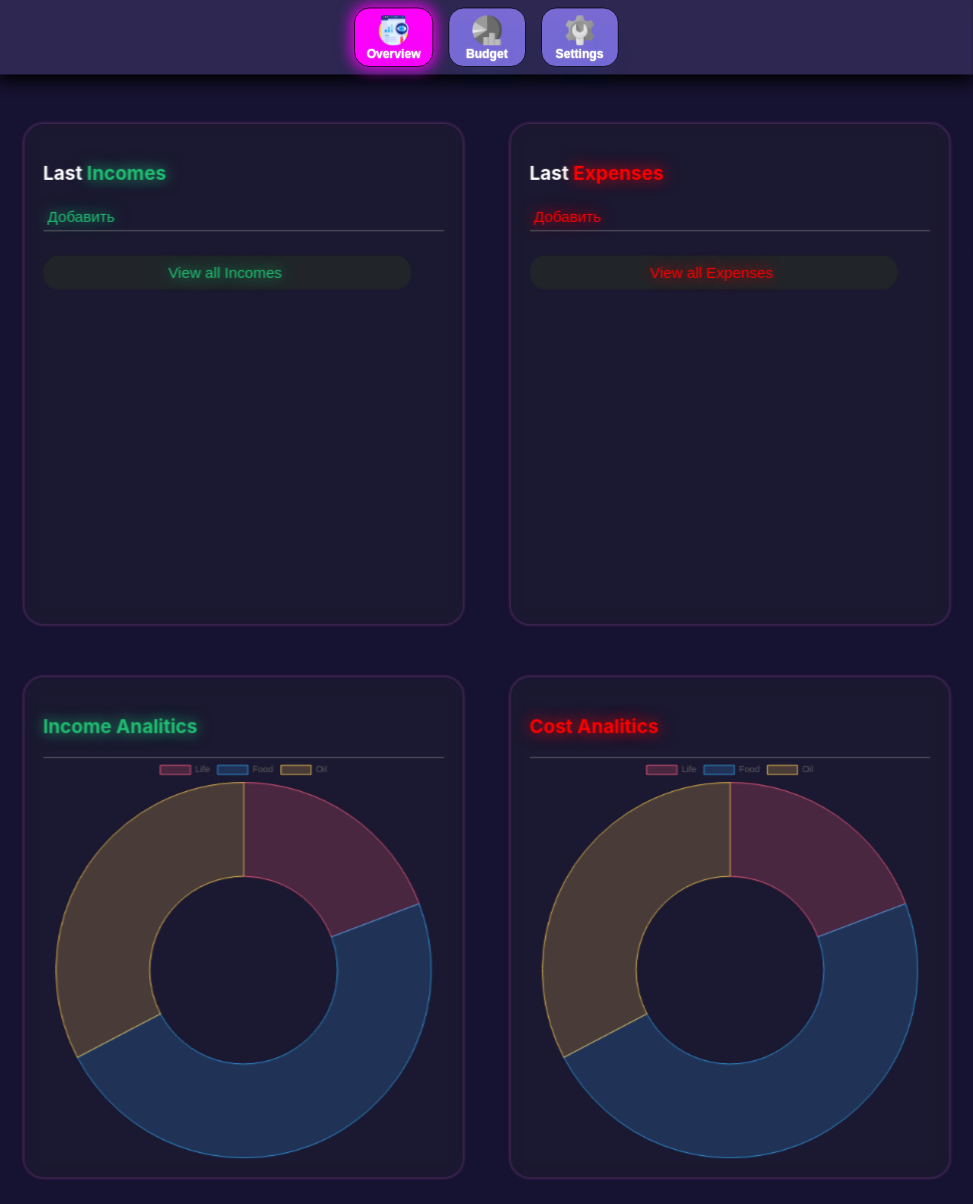
Repository: Minkeani/Money-Manager
Page: /Overview
These files come from the project's save history. The page is drawn as it stood at one moment and after a run of saves; the edit follows.
The browser window is 1280 px wide. The pictures show the whole page, at 76% of full size.
The project was rebuilt for these pictures with package versions that can differ from the ones it lists, and the page was loaded fresh each time. Also part of the build but not shown: src/components/Budget/Budget.module.css, src/components/Budget/Budget.jsx, src/components/Settings/Settings.jsx, src/components/NotFound/NotFound.module.css, src/components/NotFound/NotFound.jsx.

Above is the page before, as saved 2022-07-17 22:05:40.

### src/index.js
import React from 'react';
import ReactDOM from 'react-dom/client';
import './styles/index.css'
import App from './App';

const root = ReactDOM.createRoot(document.getElementById('root'));
root.render(
    <App />
);

### src/styles/index.css
:root {
  --color-theme: #161231;
	--color-white: #fff;
	--color-black: #000;
	--color-dark-gray: #10100e;
	--color-yellow: #ffff00;
	--color-blue: #6884fb;
	--color-red: #f75d83;
	--font-bold: 600;
	--color-violet: #ae72c2;
	--text-shadow-yellow:
		0 0 2px var(--color-white),
		0 0 40px var(--color-blue);

	--spacing-medium: 20px;

	--spacing-small: 10px;

	--spacing-ultra-small: 5px;

	--spacing-large: 30px;

	--font-family-main: sans-serif;

	--border-radius-small: 3px;

	--border-radius-medium: 5px;

	--margin-list: 7px;

	--font-size-main: 16px;

	--font-size-header: 26px;

	--font-size-subheader: 18px;

	/* Theme */
	--theme-light-header: #dfe2df;

	--theme-dark-header: #ca6ca6;

	--theme-neitral-header: #cccc46;

	--theme-default-header: var(--theme-neitral-header);

	--transition: .4s;

	--theme-light-bg-img: linear-gradient(to top, #b7b7b7, #a396b0, #9a72a0, #984986, #960062);

	--theme-dark-bg-img:  linear-gradient(to top, #6a2b60, #532143, #3b192b, #221118, #000000);

	--width-max: 1200px

}
body {
  margin: 0;
	padding: 0;
	background-color: var(--color-theme);
  font-family: -apple-system, BlinkMacSystemFont, 'Segoe UI', 'Roboto', 'Oxygen',
    'Ubuntu', 'Cantarell', 'Fira Sans', 'Droid Sans', 'Helvetica Neue',
    sans-serif;
  -webkit-font-smoothing: antialiased;
  -moz-osx-font-smoothing: grayscale;
}

code {
  font-family: source-code-pro, Menlo, Monaco, Consolas, 'Courier New',
    monospace;
}

### src/App.js
import styles from './App.module.css';
import Header from './components/Header/Header';
import RoutesConfig from './routes/RoutesConfig';
import { Routes, Route, BrowserRouter, Router } from 'react-router-dom';

function App() {
  return (
    <div className={styles.App}>
      <BrowserRouter>
        <div className={styles.wrapper}>
          <Header/>
            <Routes>
              {RoutesConfig.map((route, index) => (
                <Route
                  key={index}
                  exact={route.exact}
                  element={<route.element/>}
                  path={route.path}
                />
              ))}
            </Routes>
        </div>
      </BrowserRouter>
    </div>
  );
}

export default App;

### src/App.module.css
.App {
  text-align: center;
  display: flex;
  justify-content: center;
  align-items: center;
  margin: 0 auto;
}

.App-logo {
  height: 40vmin;
  pointer-events: none;
}

.wrapper {
  width: 100%;
}

@media (prefers-reduced-motion: no-preference) {
  .App-logo {
    animation: App-logo-spin infinite 20s linear;
  }
}

.App-header {
  background-color: #282c34;
  min-height: 100vh;
  display: flex;
  flex-direction: column;
  align-items: center;
  justify-content: center;
  font-size: calc(10px + 2vmin);
  color: white;
}

.App-link {
  color: #61dafb;
}

@keyframes App-logo-spin {
  from {
    transform: rotate(0deg);
  }
  to {
    transform: rotate(360deg);
  }
}

### src/components/Header/Header.jsx
import React, {useState} from 'react'
import styles from './Header.module.scss'
import { Link } from 'react-router-dom';
import Budget from '../../icons/budget.svg'
import overview from '../../icons/Overview.svg'
import settings from '../../icons/settings.svg'
import { motion } from "framer-motion";


export default function Header() {
  const [active, setActive] = useState(1)

  const HeaderAnimation = {
    hidden: {
      y: 100,
      opacity: 0
    },
    visible: custom => ({
      y: 0,
      opacity: 1,
      transition: {delay: custom * 0.2}
    })
  };


  return (
    <motion.div
      initial="hidden"
      whileInView="visible"
      viewport={{ amount: 0.3, once: true }}
      variants={HeaderAnimation}
      className={styles.container}>
    <ul className={styles.list__container}>
        <li
          onClick={() => setActive(1)}
          className={active === 1 ? styles.active : ''}
        >
            <Link to='/Overview' exact='true' >
                 <img src={overview} alt="" />
                Overview</Link>
        </li>
        <li
          onClick={() => setActive(2)}
          className={active === 2 ? styles.active : ''}
          >
            <Link to='/Budget' exact='true' >
               <img src={Budget} alt="" />
              Budget</Link></li>
        <li
           onClick={() => setActive(3)}
           className={active === 3 ? styles.active : ''}
          >
            <Link to="/Settings" exact='true'>
              <img src={settings} alt="" />
              Settings</Link></li>
    </ul>

    </motion.div>
  )
}

### src/routes/RoutesConfig.js
import Budget from "../components/Budget/Budget"
import Overview from "../components/Overview/Overview"
import Settings from "../components/Settings/Settings"
import NotFound from "../components/NotFound/NotFound"

const RoutesConfig = [
    {
        path: '/Budget',
        exact: true,
        element: Budget
    },
    {
        path: '/Overview',
        exact: true,
        element: Overview
    },
    {
        path: '/Settings',
        exact: true,
        element: Settings
    }, {
        path: '/NotFound',
        exact: true,
        element: NotFound
    },

]

export default RoutesConfig

### src/components/Header/Header.module.scss
.container {
    display: flex;
    align-items: center;
    justify-content: center;
    margin-bottom: var(--spacing-large);
    background-color: #2d2751;
    width: 100%;
    box-shadow: 0px 7px 20px 2px ;
}
.list__container {
    display: flex;
    flex-wrap: wrap;
    margin: 0;
    padding: 0;
    list-style-type: none;
}

.list__container li {
    background-color: #7869d3;
    flex-direction: column;
    border: 1px solid black;
    margin: 10px;
    border-radius: 20px;
    cursor: pointer
}

.list__container li:hover {
    background-color: #dd6edb;

}



.list__container a {
    display: flex;
    align-items: center;
    flex-direction: column;
    margin: 0 10px;
    padding: 5px 3px;
    min-width: 70px;
    border: 2px solid transparent;
    border-radius: var(--border-radius-small);
    color: var(--color-white);
    text-align: center;
    font-family: var(--font-family-main);
    text-decoration: none;
    font-weight: var(--font-bold);
    text-shadow: var(--text-shadow-yellow);
    transition: var(--transition);
}

.list__container .active {
    background-color: #ff00fa;
    box-shadow: 0 0 20px 3px #ff00fa;
     img {
        filter: grayscale(0);
    }

}



.list__container img {
    height: 2.5rem;
    margin: 0.1375rem;
    width: 2.5rem;
    filter: grayscale(1);
}
.list__container :global(a.active) {
    border: 2px solid var(--color-violet);
    color: var(--color-violet);
    text-shadow: none;
}

.logo {
    width: 60px;
    height: 60px;
    margin-right: var(--spacing-large);
    object-fit: cover;
    object-position: center center;
}

@media (max-width: 365px) {
    .list__container a {
        min-width: 65px;
    }
  }

### src/components/Overview/Overview.jsx
import React from 'react'
import OverviewBlock from '../OverviewBlocks/OverviewBlock/OverviewBlock'
import styles from './Overview.module.css'
import Charts from '../OverviewBlocks/OverviewCharts/Charts'


export const data = [ {
  labels: ['Life', 'Food', 'Oil'],
  type: 'Incomes',
  Analitic: 'Income',
  sign: '+',
  classes: 'money',
  datasets: [
    {
      label: '# of Votes',
      data: [1000, 2500, 1700],
      backgroundColor: [
        'rgba(255, 99, 132, 0.2)',
        'rgba(54, 162, 235, 0.2)',
        'rgba(255, 206, 86, 0.2)',
        'rgba(75, 192, 192, 0.2)',
        'rgba(153, 102, 255, 0.2)',
        'rgba(255, 159, 64, 0.2)',
      ],
      borderColor: [
        'rgba(255, 99, 132, 1)',
        'rgba(54, 162, 235, 1)',
        'rgba(255, 206, 86, 1)',
        'rgba(75, 192, 192, 1)',
        'rgba(153, 102, 255, 1)',
        'rgba(255, 159, 64, 1)',
      ],
      borderWidth: 1,
    },
  ],
},
{
  labels: ['Life', 'Food', 'Oil'],
  type: 'Expenses',
  Analitic: 'Сost',
  sign: '-',
  classes: 'Remoney',
  datasets: [
    {
      label: '# of Votes',
      data: [1000, 2500, 1700],
      backgroundColor: [
        'rgba(255, 99, 132, 0.2)',
        'rgba(54, 162, 235, 0.2)',
        'rgba(255, 206, 86, 0.2)',
        'rgba(75, 192, 192, 0.2)',
        'rgba(153, 102, 255, 0.2)',
        'rgba(255, 159, 64, 0.2)',
      ],
      borderColor: [
        'rgba(255, 99, 132, 1)',
        'rgba(54, 162, 235, 1)',
        'rgba(255, 206, 86, 1)',
        'rgba(75, 192, 192, 1)',
        'rgba(153, 102, 255, 1)',
        'rgba(255, 159, 64, 1)',
      ],
      borderWidth: 1,
    },
  ],
}
]

export default function Overview() {
  return (
    <div className={styles.container}>
      <OverviewBlock/>
      <Charts/>
    </div>
  )
}

### src/components/OverviewBlocks/OverviewBlock/OverviewBlock.jsx
import React, {useState} from 'react';
import styles from './Overview.module.css'
import {data} from '../../Overview/Overview'

const OverviewBlock = () => {
    const [blocks, setBlocks] = useState([
        {type: 'Incomes', sign: '+', classes: 'money', array:  [{money: 1000, category: 'life'}, {money: 1000, category: 'life'}, {money: 1000, category: 'life'}]},
        {type: 'Expenses', sign: '-', classes: 'Remoney', array:  [{money: 1000, category: 'life'}, {money: 1000, category: 'life'}, {money: 1000, category: 'life'}]}
])
data.map((item) => {
    // console.log(item.datasets[0].data);
    console.log(item.labels[1]);


})
    return (
        <>
            {data.map(({type, sign, classes, datasets}) => (
                    <div className={styles.container}>
                            <h3 className={styles.title}>Last <span className={classes === 'money' ? styles.money : styles.Remoney}>{type}</span></h3>
                            <button className={classes === 'money' ? styles.money : styles.Remoney}>Добавить</button>

                        <div className={styles.dilivar}></div>
                            <ul className={styles.list}>
                                    {datasets.map(({data, labels}) => (
                                        console.log(data, labels)

                                        // <li><div className={styles.listCont}> Amount<span className={classes === 'money' ? styles.money : styles.Remoney}>{sign}{money}</span> Category <span>{category}</span></div></li>
                                    ))}
                            </ul>
                            <div className={styles.All}><button className={classes === 'money' ? styles.money : styles.Remoney}>View all {type}</button></div>
                        </div>
            )
            )}

        </>
    );
}

export default OverviewBlock;

### src/components/Overview/Overview.module.css
.container {
    display: grid;
    grid-template-columns: 1fr 1fr;
    grid-template-rows: 1fr 1fr;
    padding: 10px;
    gap: 20px 20px;
    justify-items: center;
}

@media (max-width: 900px) {
    .container  {
        grid-template-columns: 1fr;
        grid-template-rows: 1fr 1fr;
    }
  }

### src/components/OverviewBlocks/OverviewCharts/Charts.jsx
import React, {useEffect} from 'react'
import styles from '../OverviewBlock/Overview.module.css'
import { Chart as ChartJS, ArcElement, Tooltip, Legend } from 'chart.js';
import { Doughnut } from 'react-chartjs-2';
import {data} from '../../Overview/Overview'

ChartJS.register(ArcElement, Tooltip, Legend);


export default function Charts() {



  return (
    <>
        {data.map( (item) => (
            <div className={styles.container}>
                <h3 className={styles.title}><span className={item.classes === 'money' ? styles.money : styles.Remoney}>{item.Analitic} Analitics</span></h3>
                <div className={styles.dilivar}></div>
                <Doughnut data={item} />
            </div>
        ))}

    </>
  )
}

### src/components/OverviewBlocks/OverviewBlock/Overview.module.css
.container {
    display: flex;
    flex-direction: column;
    align-items: start;
    overflow-y: auto;
    border-radius: 1.5625rem;
    width: 85%;
    padding: 25px;
    margin: 25px;
    background: rgba(50, 50, 50, 0.2);
    backdrop-filter: blur(10px);
    box-shadow: 0 0 5px 0px #8e4a8e;
    color: white;
}

.container button {
    font-size: 1.25rem;
    background: transparent;
    border: none;
    margin: 5px 5px 5px 0px;
    cursor: pointer;
    transition: 0.3s;
}

.container button:hover {
    text-shadow: 0 0 20px  #ff00fa;
    color: #ff00fa
}

.title {
    color: #fff;
    font-size: 1.5625rem;
}

.dilivar {
    background-color: #707175;
    height: 1px;
    width: 100%;
}

.money {
    color: #21bf73;
    text-shadow: 0 0 20px #21bf73;
}

.Remoney {
    color: red;
    text-shadow: 0 0 20px red;
}

.list {
    list-style-type: none;
    padding: 0;
    width: 90%;
}

.list li{
    padding: 5px;
}

.listCont {
    padding: 25px;
    display: flex;
    flex-direction: column;
    border: 1px solid black;
    box-shadow: 0 0 5px 0px #8e4a8e;
    width: 90%;
    border-radius: 20px
}

.All {
    padding: 5px;
    background: #212529;
    display: flex;
    align-items: center;
    justify-content: center;
    width: 90%;
    font-size: 25px;
    border-radius: 20px

}

.All:hover {
    text-shadow: 0 0 20px  #ff00fa;
    color: #ff00fa;
}

Loaded but not shown: public/index.html (common file)

After the next 2 saves:
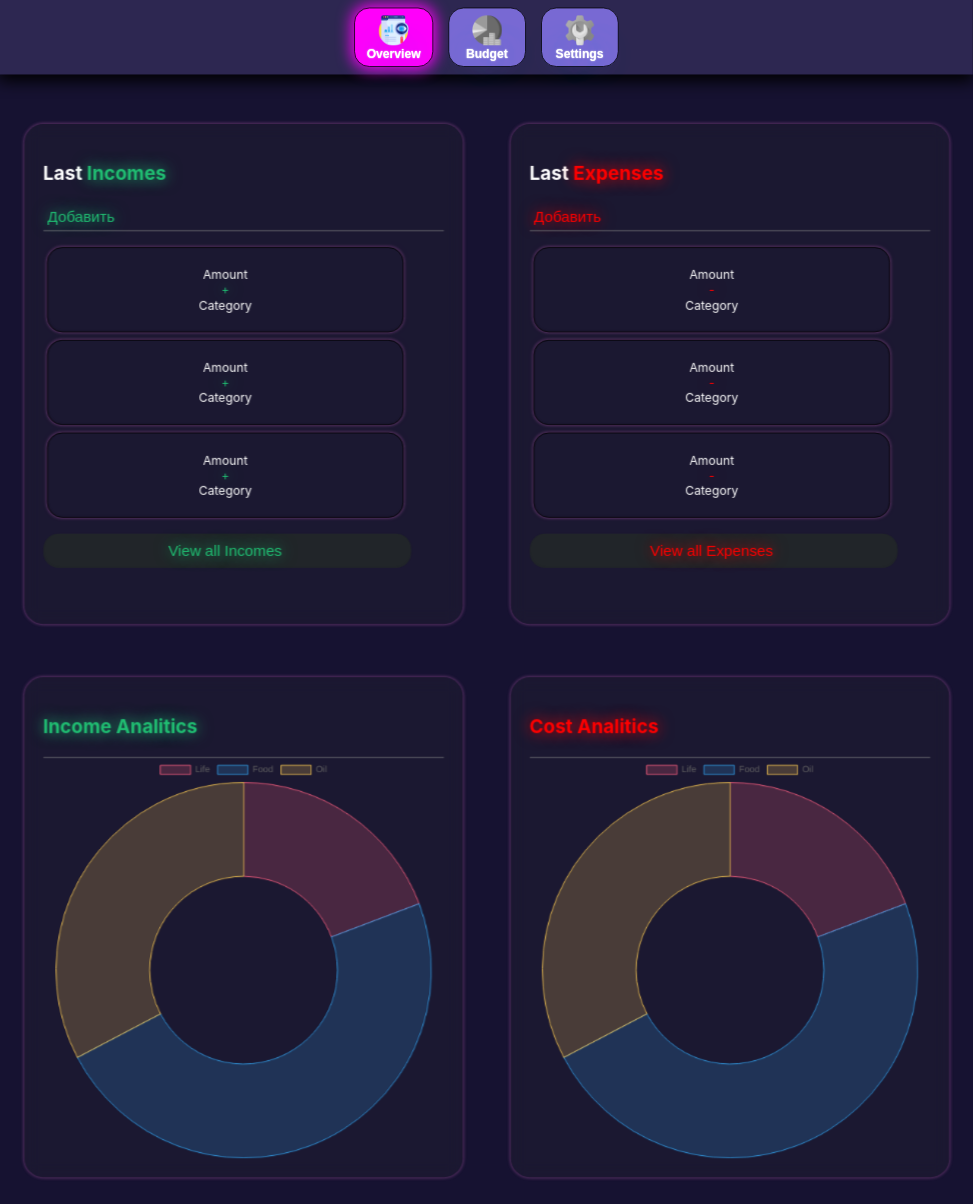
The 2 saves are shown as one change because 1 did not build or start.
The last was saved 4 min 38 s later.
--- a/src/components/OverviewBlocks/OverviewBlock/OverviewBlock.jsx
+++ b/src/components/OverviewBlocks/OverviewBlock/OverviewBlock.jsx
@@ -15,17 +15,17 @@ data.map((item) => {
 })
     return (
         <>
-            {data.map(({type, sign, classes, datasets}) => (
+            {data.map(({type, sign, classes, datasets, labels}) => (
                     <div className={styles.container}>
                             <h3 className={styles.title}>Last <span className={classes === 'money' ? styles.money : styles.Remoney}>{type}</span></h3>
                             <button className={classes === 'money' ? styles.money : styles.Remoney}>Добавить</button>
 
                         <div className={styles.dilivar}></div>
                             <ul className={styles.list}>
-                                    {datasets.map(({data, labels}) => (
-                                        console.log(data, labels)
-
-                                        // <li><div className={styles.listCont}> Amount<span className={classes === 'money' ? styles.money : styles.Remoney}>{sign}{money}</span> Category <span>{category}</span></div></li>
+                                    {datasets.map(({data}) => (
+                                        data.map(({money}) => (
+                                        <li><div className={styles.listCont}> Amount<span className={classes === 'money' ? styles.money : styles.Remoney}>{sign}{money}</span> Category <span>{labels[data.indexOf(money)]}</span></div></li>
+                                        ))
                                     ))}
                             </ul>
                             <div className={styles.All}><button className={classes === 'money' ? styles.money : styles.Remoney}>View all {type}</button></div>
